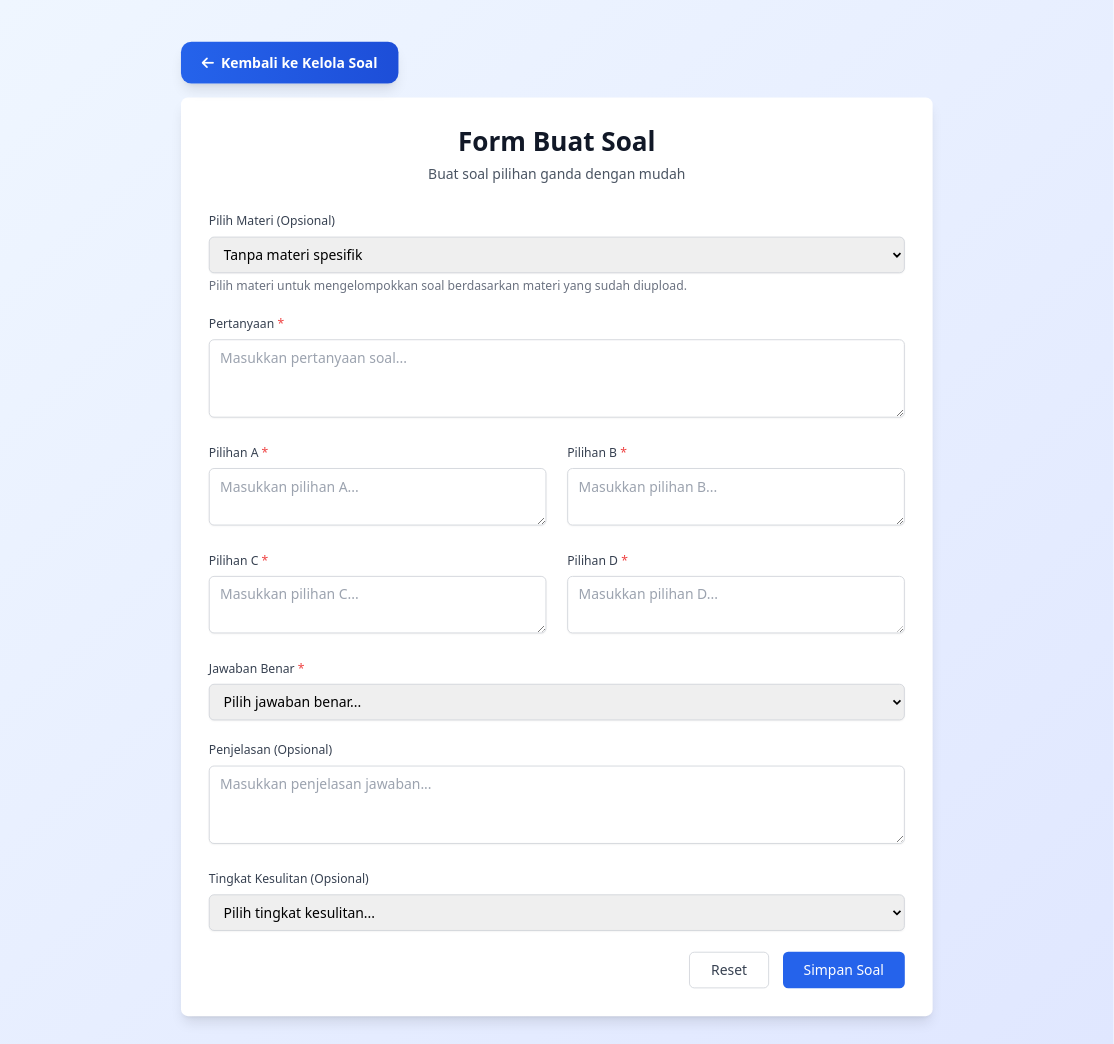
Repository: Autofat/LMS-MOOC
Page: http://localhost/questions/create
These files come from the project's save history. The page is drawn as it stood at one moment and after the next save; the edit follows.
The browser window is 1280 px wide. The pictures show the whole page, at 87% of full size.
Some web libraries are served in a nearby version. The page is served by the project's Laravel application, run on PHP 8.4 with Laravel 12. A made-up administrator, Test User (test@example.com), is signed in. Other server files are loaded and not shown. Queries for data that is not in the repository find no rows.

Above is the page before, as saved 2025-08-01 13:14:41.
Console error: TypeError: Cannot set properties of null (setting 'textContent')

### routes/web.php
<?php

use Illuminate\Support\Facades\Route;
use Illuminate\Support\Facades\Auth;
use Illuminate\Support\Facades\Http;
use Illuminate\Support\Facades\Storage;
use Illuminate\Http\Request;
use App\Http\Controllers\QuestionController;
use App\Http\Controllers\MaterialController;
use App\Http\Controllers\AuthController;

// Root redirect to login
Route::get('/', function () {
    // Force logout and clear session
    Auth::logout();
    session()->flush();
    session()->regenerate();

    return redirect()->route('login');
});

// Authentication Routes
Route::get('/login', [AuthController::class, 'showLoginForm'])->name('login');
Route::post('/login', [AuthController::class, 'login']);
Route::get('/register', [AuthController::class, 'showRegisterForm'])->name('register');
Route::post('/register', [AuthController::class, 'register']);
Route::post('/logout', [AuthController::class, 'logout'])->name('logout');

// Temporary route to clear session
Route::get('/clear-session', function () {
    Auth::logout();
    session()->flush();
    session()->regenerate();
    return redirect()->route('login')->with('success', 'Session cleared. Please login again.');
});

// Test route to check auth status
Route::get('/test-auth', function () {
    return response()->json([
        'auth_check' => Auth::check(),
        'user' => Auth::user(),
        'session_id' => session()->getId(),
        'session_data' => session()->all()
    ]);
});

// Protected Routes (require authentication)
Route::middleware(['auth'])->group(function () {

    // Debug route for testing n8n connection
    Route::get('/test-n8n-connection', function () {
        try {
            $testData = [
                'action' => 'test_connection',
                'timestamp' => now()->toISOString(),
                'message' => 'Laravel connection test'
            ];

            $n8nUrl = env('N8N_GENERATE_QUESTIONS_URL', 'http://localhost:5678/webhook/generate-questions');

            $response = Http::timeout(120)
                ->retry(2, 100)
                ->withOptions([
                    'verify' => false,
                    'allow_redirects' => true,
                    'http_errors' => false
                ])
                ->post($n8nUrl, $testData);

            return response()->json([
                'success' => true,
                'message' => 'n8n connection test completed',
                'url' => $n8nUrl,
                'request_data' => $testData,
                'response' => [
                    'status' => $response->status(),
                    'headers' => $response->headers(),
                    'body' => $response->body(),
                    'successful' => $response->successful()
                ]
            ]);

        } catch (\Exception $e) {
            return response()->json([
                'success' => false,
                'error' => $e->getMessage(),
                'error_class' => get_class($e)
            ], 500);
        }
    })->name('test.n8n.connection');

    // Material Routes
    Route::get('/materials', [MaterialController::class, 'index'])->name('materials.index');
    Route::get('/materials/create', [MaterialController::class, 'create'])->name('materials.create');
    Route::post('/materials', [MaterialController::class, 'store'])->name('materials.store');
    Route::get('/materials/{id}', [MaterialController::class, 'show'])->name('materials.show');
    Route::get('/materials/{id}/edit', [MaterialController::class, 'edit'])->name('materials.edit');
    Route::put('/materials/{id}', [MaterialController::class, 'update'])->name('materials.update');
    Route::delete('/materials/{id}', [MaterialController::class, 'destroy'])->name('materials.destroy');
    Route::get('/materials/{id}/download', [MaterialController::class, 'download'])->name('materials.download');

    // Debug routes for testing file uploads
    Route::get('/test-upload', function () {
        return view('test-upload');
    })->name('test.upload.form');

    Route::post('/test-upload', function (Request $request) {
        $info = [
            'has_file' => $request->hasFile('pdf_file'),
            'php_upload_max' => ini_get('upload_max_filesize'),
            'php_post_max' => ini_get('post_max_size'),
            'storage_writable' => is_writable(storage_path('app/public')),
            'materials_dir_exists' => Storage::disk('public')->exists('materials'),
        ];

        if ($request->hasFile('pdf_file')) {
            $file = $request->file('pdf_file');
            $info['file'] = [
                'name' => $file->getClientOriginalName(),
                'size' => $file->getSize(),
                'mime' => $file->getMimeType(),
                'is_valid' => $file->isValid(),
                'error' => $file->getError(),
            ];
        }

        return response()->json($info);
    })->name('test.upload');
    Route::get('/materials/{id}/questions', [MaterialController::class, 'questions'])->name('materials.questions');

    // Generate Questions with n8n
    Route::post('/materials/{id}/generate-questions', [MaterialController::class, 'generateQuestions'])->name('materials.generate-questions');
    Route::post('/materials/{id}/generate-questions-async', [MaterialController::class, 'generateQuestionsAsync'])->name('materials.generate-questions-async');
    Route::get('/materials/{id}/test-n8n', [MaterialController::class, 'testN8nConnection'])->name('materials.test-n8n');

    // Form Manual Input
    Route::get('/questions/create', [QuestionController::class, 'create'])->name('questions.create');
    Route::post('/questions', [QuestionController::class, 'store'])->name('questions.store');

    // Manage and Edit Questions
    Route::get('/questions/manage', [QuestionController::class, 'manage'])->name('questions.manage');
    Route::get('/questions/{id}/edit', [QuestionController::class, 'edit'])->name('questions.edit');
    Route::put('/questions/{id}', [QuestionController::class, 'update'])->name('questions.update');
    Route::delete('/questions/{id}', [QuestionController::class, 'destroy'])->name('questions.destroy');
});

### resources/views/form.blade.php
<!DOCTYPE html>
<html lang="id">

<head>
    <meta charset="UTF-8">
    <meta name="viewport" content="width=device-width, initial-scale=1.0">
    <title>Form Buat Soal - AI Generator</title>
    <script src="https://cdn.tailwindcss.com"></script>
    <link rel="stylesheet" href="https://cdnjs.cloudflare.com/ajax/libs/font-awesome/6.0.0/css/all.min.css">
    <style>
        .professional-gradient {
            background: linear-gradient(135deg, #1e3a8a 0%, #1e40af 50%, #3730a3 100%);
        }
    </style>
</head>

<body class="bg-gradient-to-br from-blue-50 to-indigo-100 min-h-screen py-8">
    <div class="max-w-4xl mx-auto px-4 py-4">
        <div class="flex justify-between items-center">
            <a href="{{ route('questions.manage') }}"
                class="bg-gradient-to-r from-blue-600 to-blue-700 hover:from-blue-700 hover:to-blue-800 text-white font-bold py-3 px-6 rounded-xl shadow-lg hover:shadow-xl transition-all duration-300 flex items-center space-x-2">
                <i class="fas fa-arrow-left"></i>
                <span>Kembali ke Kelola Soal</span>
            </a>
        </div>
    </div>
    <div class="max-w-4xl mx-auto px-4">
        <div class="bg-white rounded-lg shadow-lg p-8">
            <!-- Header -->
            <div class="text-center mb-8">
                <h1 class="text-3xl font-bold text-gray-900 mb-2">Form Buat Soal</h1>
                <p class="text-gray-600">Buat soal pilihan ganda dengan mudah</p>
            </div>

            <!-- Auto-Fill Message -->
            @if (isset($autoFillData))
                <div class="bg-blue-100 border border-blue-400 text-blue-700 px-4 py-3 rounded mb-6">
                    <strong>Form telah diisi otomatis!</strong> Data dari bot n8n telah dimuat. Anda dapat mengedit dan
                    submit secara manual.
                </div>
            @endif

            <!-- Error Messages -->
            @if ($errors->any())
                <div class="bg-red-100 border border-red-400 text-red-700 px-4 py-3 rounded mb-6">
                    <ul class="list-disc list-inside">
                        @foreach ($errors->all() as $error)
                            <li>{{ $error }}</li>
                        @endforeach
                    </ul>
                </div>
            @endif

            <!-- Form -->
            <form action="{{ route('questions.store') }}" method="POST" class="space-y-6">
                @csrf

                <!-- Material Selection -->
                <div>
                    <label for="material_id" class="block text-sm font-medium text-gray-700 mb-2">
                        Pilih Materi (Opsional)
                    </label>
                    <select id="material_id" name="material_id"
                        class="w-full px-3 py-2 border border-gray-300 rounded-md shadow-sm focus:outline-none focus:ring-2 focus:ring-blue-500 focus:border-transparent">
                        <option value="">Tanpa materi spesifik</option>
                        @foreach (\App\Models\Material::where('is_active', true)->orderBy('title')->get() as $material)
                            <option value="{{ $material->id }}"
                                {{ old('material_id', $autoFillData['material_id'] ?? '') == $material->id ? 'selected' : '' }}>
                                {{ $material->title }}
                                @if ($material->category)
                                    ({{ $material->category }})
                                @endif
                            </option>
                        @endforeach
                    </select>
                    <p class="text-sm text-gray-500 mt-1">Pilih materi untuk mengelompokkan soal berdasarkan materi yang
                        sudah diupload.</p>
                </div>

                <!-- Question -->
                <div>
                    <label for="question" class="block text-sm font-medium text-gray-700 mb-2">
                        Pertanyaan <span class="text-red-500">*</span>
                    </label>
                    <textarea id="question" name="question" rows="3"
                        class="w-full px-3 py-2 border border-gray-300 rounded-md shadow-sm focus:outline-none focus:ring-2 focus:ring-blue-500 focus:border-transparent"
                        placeholder="Masukkan pertanyaan soal..." required>{{ old('question', $autoFillData['question'] ?? '') }}</textarea>
                </div>

                <!-- Options -->
                <div class="grid md:grid-cols-2 gap-6">
                    <!-- Option A -->
                    <div>
                        <label for="option_a" class="block text-sm font-medium text-gray-700 mb-2">
                            Pilihan A <span class="text-red-500">*</span>
                        </label>
                        <textarea id="option_a" name="option_a" rows="2"
                            class="w-full px-3 py-2 border border-gray-300 rounded-md shadow-sm focus:outline-none focus:ring-2 focus:ring-blue-500 focus:border-transparent"
                            placeholder="Masukkan pilihan A..." required>{{ old('option_a', $autoFillData['option_a'] ?? '') }}</textarea>
                    </div>

                    <!-- Option B -->
                    <div>
                        <label for="option_b" class="block text-sm font-medium text-gray-700 mb-2">
                            Pilihan B <span class="text-red-500">*</span>
                        </label>
                        <textarea id="option_b" name="option_b" rows="2"
                            class="w-full px-3 py-2 border border-gray-300 rounded-md shadow-sm focus:outline-none focus:ring-2 focus:ring-blue-500 focus:border-transparent"
                            placeholder="Masukkan pilihan B..." required>{{ old('option_b', $autoFillData['option_b'] ?? '') }}</textarea>
                    </div>

                    <!-- Option C -->
                    <div>
                        <label for="option_c" class="block text-sm font-medium text-gray-700 mb-2">
                            Pilihan C <span class="text-red-500">*</span>
                        </label>
                        <textarea id="option_c" name="option_c" rows="2"
                            class="w-full px-3 py-2 border border-gray-300 rounded-md shadow-sm focus:outline-none focus:ring-2 focus:ring-blue-500 focus:border-transparent"
                            placeholder="Masukkan pilihan C..." required>{{ old('option_c', $autoFillData['option_c'] ?? '') }}</textarea>
                    </div>

                    <!-- Option D -->
                    <div>
                        <label for="option_d" class="block text-sm font-medium text-gray-700 mb-2">
                            Pilihan D <span class="text-red-500">*</span>
                        </label>
                        <textarea id="option_d" name="option_d" rows="2"
                            class="w-full px-3 py-2 border border-gray-300 rounded-md shadow-sm focus:outline-none focus:ring-2 focus:ring-blue-500 focus:border-transparent"
                            placeholder="Masukkan pilihan D..." required>{{ old('option_d', $autoFillData['option_d'] ?? '') }}</textarea>
                    </div>
                </div>

                <!-- Answer -->
                <div>
                    <label for="answer" class="block text-sm font-medium text-gray-700 mb-2">
                        Jawaban Benar <span class="text-red-500">*</span>
                    </label>
                    <select id="answer" name="answer"
                        class="w-full px-3 py-2 border border-gray-300 rounded-md shadow-sm focus:outline-none focus:ring-2 focus:ring-blue-500 focus:border-transparent"
                        required>
                        <option value="">Pilih jawaban benar...</option>
                        <option value="A"
                            {{ old('answer', $autoFillData['answer'] ?? '') == 'A' ? 'selected' : '' }}>A</option>
                        <option value="B"
                            {{ old('answer', $autoFillData['answer'] ?? '') == 'B' ? 'selected' : '' }}>B</option>
                        <option value="C"
                            {{ old('answer', $autoFillData['answer'] ?? '') == 'C' ? 'selected' : '' }}>C</option>
                        <option value="D"
                            {{ old('answer', $autoFillData['answer'] ?? '') == 'D' ? 'selected' : '' }}>D</option>
                    </select>
                </div>

                <!-- Explanation -->
                <div>
                    <label for="explanation" class="block text-sm font-medium text-gray-700 mb-2">
                        Penjelasan (Opsional)
                    </label>
                    <textarea id="explanation" name="explanation" rows="3"
                        class="w-full px-3 py-2 border border-gray-300 rounded-md shadow-sm focus:outline-none focus:ring-2 focus:ring-blue-500 focus:border-transparent"
                        placeholder="Masukkan penjelasan jawaban...">{{ old('explanation', $autoFillData['explanation'] ?? '') }}</textarea>
                </div>

                <!-- Difficulty -->
                <div>
                    <label for="difficulty" class="block text-sm font-medium text-gray-700 mb-2">
                        Tingkat Kesulitan (Opsional)
                    </label>
                    <select id="difficulty" name="difficulty"
                        class="w-full px-3 py-2 border border-gray-300 rounded-md shadow-sm focus:outline-none focus:ring-2 focus:ring-blue-500 focus:border-transparent">
                        <option value="">Pilih tingkat kesulitan...</option>
                        <option value="Mudah"
                            {{ old('difficulty', $autoFillData['difficulty'] ?? '') == 'Mudah' ? 'selected' : '' }}>
                            Mudah</option>
                        <option value="Menengah"
                            {{ old('difficulty', $autoFillData['difficulty'] ?? '') == 'Menengah' ? 'selected' : '' }}>
                            Menengah</option>
                        <option value="Sulit"
                            {{ old('difficulty', $autoFillData['difficulty'] ?? '') == 'Sulit' ? 'selected' : '' }}>
                            Sulit</option>
                    </select>
                </div>

                <!-- Submit Button -->
                <div class="flex justify-end space-x-4">
                    <button type="button" onclick="resetForm()"
                        class="px-6 py-2 border border-gray-300 rounded-md text-gray-700 hover:bg-gray-50 focus:outline-none focus:ring-2 focus:ring-gray-500 focus:ring-offset-2 transition duration-200">
                        Reset
                    </button>
                    <button type="submit"
                        class="px-6 py-2 bg-blue-600 text-white rounded-md hover:bg-blue-700 focus:outline-none focus:ring-2 focus:ring-blue-500 focus:ring-offset-2 transition duration-200">
                        Simpan Soal
                    </button>
                </div>
            </form>
        </div>
    </div>

    <script>
        // Function to reset form
        function resetForm() {
            document.querySelector('form').reset();
            updatePreview();
        }

        // Function to update JSON preview
        function updatePreview() {
            const question = document.getElementById('question').value || 'Contoh pertanyaan...';
            const optionA = document.getElementById('option_a').value || 'Pilihan A';
            const optionB = document.getElementById('option_b').value || 'Pilihan B';
            const optionC = document.getElementById('option_c').value || 'Pilihan C';
            const optionD = document.getElementById('option_d').value || 'Pilihan D';
            const answer = document.getElementById('answer').value || 'C';
            const explanation = document.getElementById('explanation').value || 'Penjelasan jawaban...';
            const difficulty = document.getElementById('difficulty').value || 'Menengah';

            const jsonData = {
                soal: [{
                    question: question,
                    options: {
                        A: optionA,
                        B: optionB,
                        C: optionC,
                        D: optionD
                    },
                    answer: answer,
                    explanation: explanation,
                    difficulty: difficulty
                }]
            };

            document.getElementById('jsonPreview').textContent = JSON.stringify(jsonData, null, 2);
        }

        // Add event listeners to update preview
        document.addEventListener('DOMContentLoaded', function() {
            const inputs = ['question', 'option_a', 'option_b', 'option_c', 'option_d', 'answer', 'explanation',
                'difficulty'
            ];
            inputs.forEach(id => {
                const element = document.getElementById(id);
                element.addEventListener('input', updatePreview);
                element.addEventListener('change', updatePreview);
            });

            updatePreview(); // Initial preview
        });
    </script>
</body>

</html>

### app/Models/Material.php
<?php

namespace App\Models;

use Illuminate\Database\Eloquent\Model;

class Material extends Model
{
    protected $fillable = [
        'title',
        'description',
        'file_path',
        'file_name',
        'file_size',
        'category',
        'is_active'
    ];

    protected $casts = [
        'is_active' => 'boolean',
    ];

    /**
     * Get the questions for this material.
     */
    public function questions()
    {
        return $this->hasMany(Question::class);
    }

    /**
     * Get file size in human readable format
     */
    public function getFileSizeHumanAttribute()
    {
        $bytes = $this->file_size;
        $units = ['B', 'KB', 'MB', 'GB'];

        for ($i = 0; $bytes > 1024 && $i < count($units) - 1; $i++) {
            $bytes /= 1024;
        }

        return round($bytes, 2) . ' ' . $units[$i];
    }
}

Loaded but not shown: app/Models/User.php (common file); app/Http/Controllers/Controller.php (common file); app/Http/Controllers/QuestionController.php (1404 lines, source omitted)

After the next save:
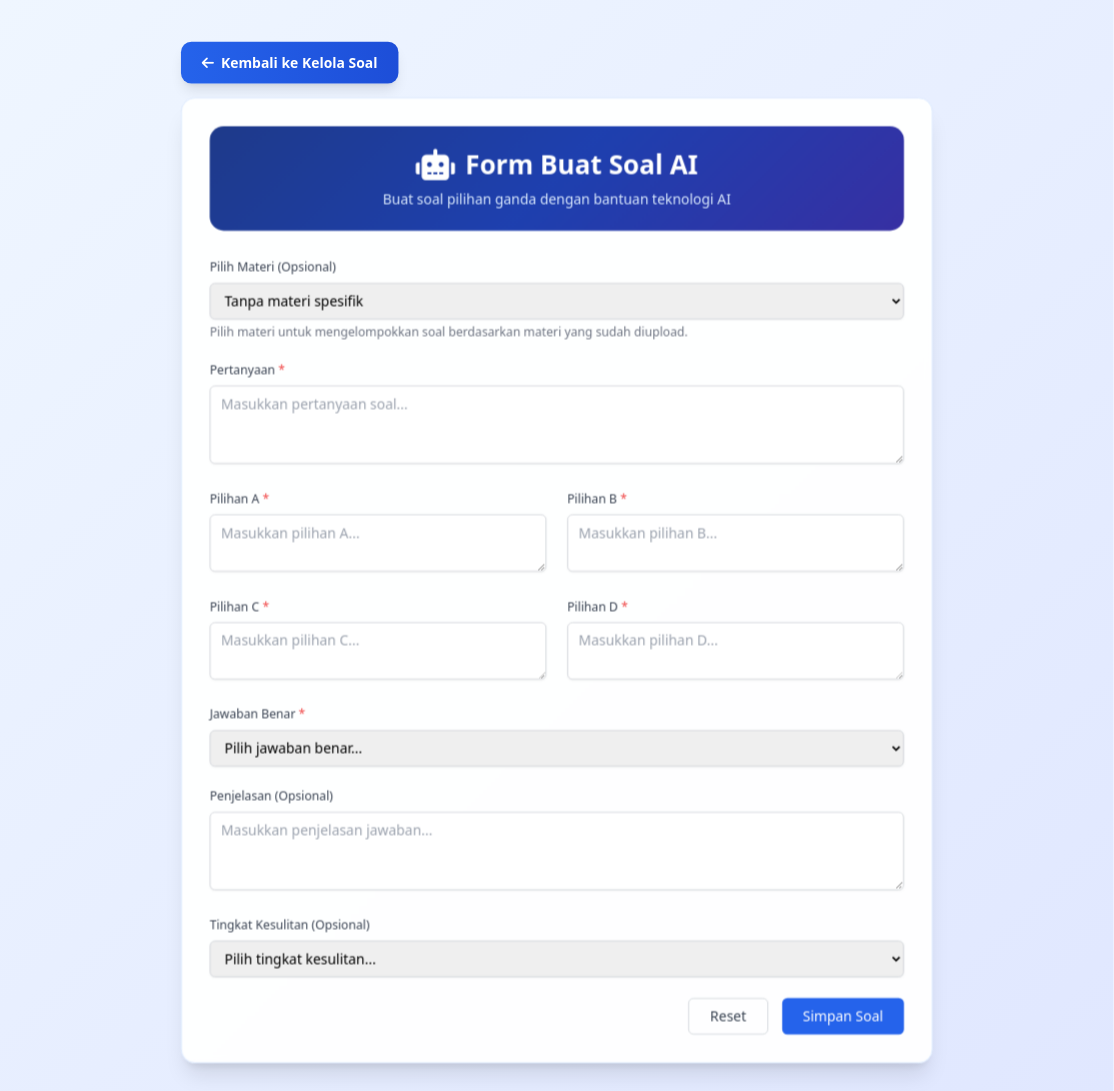
Saved 21 s later.
--- a/resources/views/form.blade.php
+++ b/resources/views/form.blade.php
@@ -25,25 +25,37 @@
         </div>
     </div>
     <div class="max-w-4xl mx-auto px-4">
-        <div class="bg-white rounded-lg shadow-lg p-8">
+        <div class="bg-white/95 backdrop-blur-sm rounded-2xl shadow-xl p-8 border border-blue-100">
             <!-- Header -->
             <div class="text-center mb-8">
-                <h1 class="text-3xl font-bold text-gray-900 mb-2">Form Buat Soal</h1>
-                <p class="text-gray-600">Buat soal pilihan ganda dengan mudah</p>
+                <div class="professional-gradient p-6 rounded-2xl mb-6">
+                    <h1 class="text-3xl font-bold text-white mb-2 flex items-center justify-center space-x-3">
+                        <i class="fas fa-robot text-4xl"></i>
+                        <span>Form Buat Soal AI</span>
+                    </h1>
+                    <p class="text-blue-100">Buat soal pilihan ganda dengan bantuan teknologi AI</p>
+                </div>
             </div>
 
             <!-- Auto-Fill Message -->
             @if (isset($autoFillData))
-                <div class="bg-blue-100 border border-blue-400 text-blue-700 px-4 py-3 rounded mb-6">
-                    <strong>Form telah diisi otomatis!</strong> Data dari bot n8n telah dimuat. Anda dapat mengedit dan
-                    submit secara manual.
+                <div class="bg-gradient-to-r from-blue-100 to-indigo-100 border border-blue-300 text-blue-800 px-6 py-4 rounded-xl mb-6 flex items-center space-x-3">
+                    <i class="fas fa-magic text-blue-600 text-xl"></i>
+                    <div>
+                        <strong>Form telah diisi otomatis oleh AI!</strong>
+                        <p class="text-sm mt-1">Data dari sistem AI telah dimuat. Anda dapat mengedit dan submit secara manual.</p>
+                    </div>
                 </div>
             @endif
 
             <!-- Error Messages -->
             @if ($errors->any())
-                <div class="bg-red-100 border border-red-400 text-red-700 px-4 py-3 rounded mb-6">
-                    <ul class="list-disc list-inside">
+                <div class="bg-gradient-to-r from-red-100 to-red-50 border border-red-300 text-red-700 px-6 py-4 rounded-xl mb-6">
+                    <div class="flex items-center space-x-3 mb-2">
+                        <i class="fas fa-exclamation-triangle text-red-600"></i>
+                        <strong>Terdapat kesalahan:</strong>
+                    </div>
+                    <ul class="list-disc list-inside ml-6">
                         @foreach ($errors->all() as $error)
                             <li>{{ $error }}</li>
                         @endforeach
